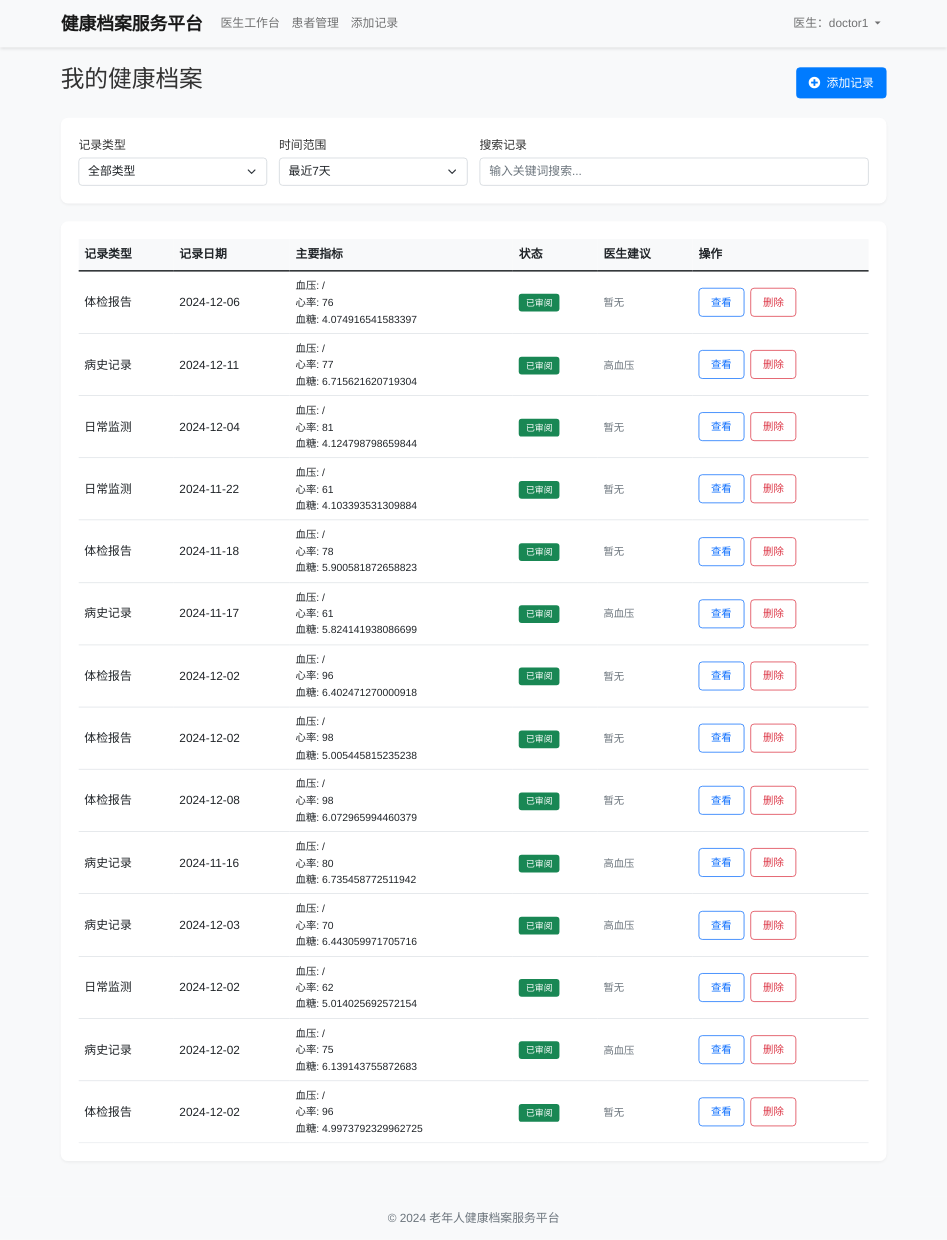
Repository: qqqq121114/Health_System
Page: http://localhost/health_records
An editor plug-in stored every save of this project. The page is shown before and after the next save, followed by the edit.
The browser window is 1280 px wide. The pictures show the whole page, at 74% of full size.
The page is served by the project's application, run on Flask 3 (app.py). The user the application loads for id 1 is signed in. The page reads the database file committed with the project.

Above is the page before, as saved 2024-12-12 21:35:45.

After the next save:
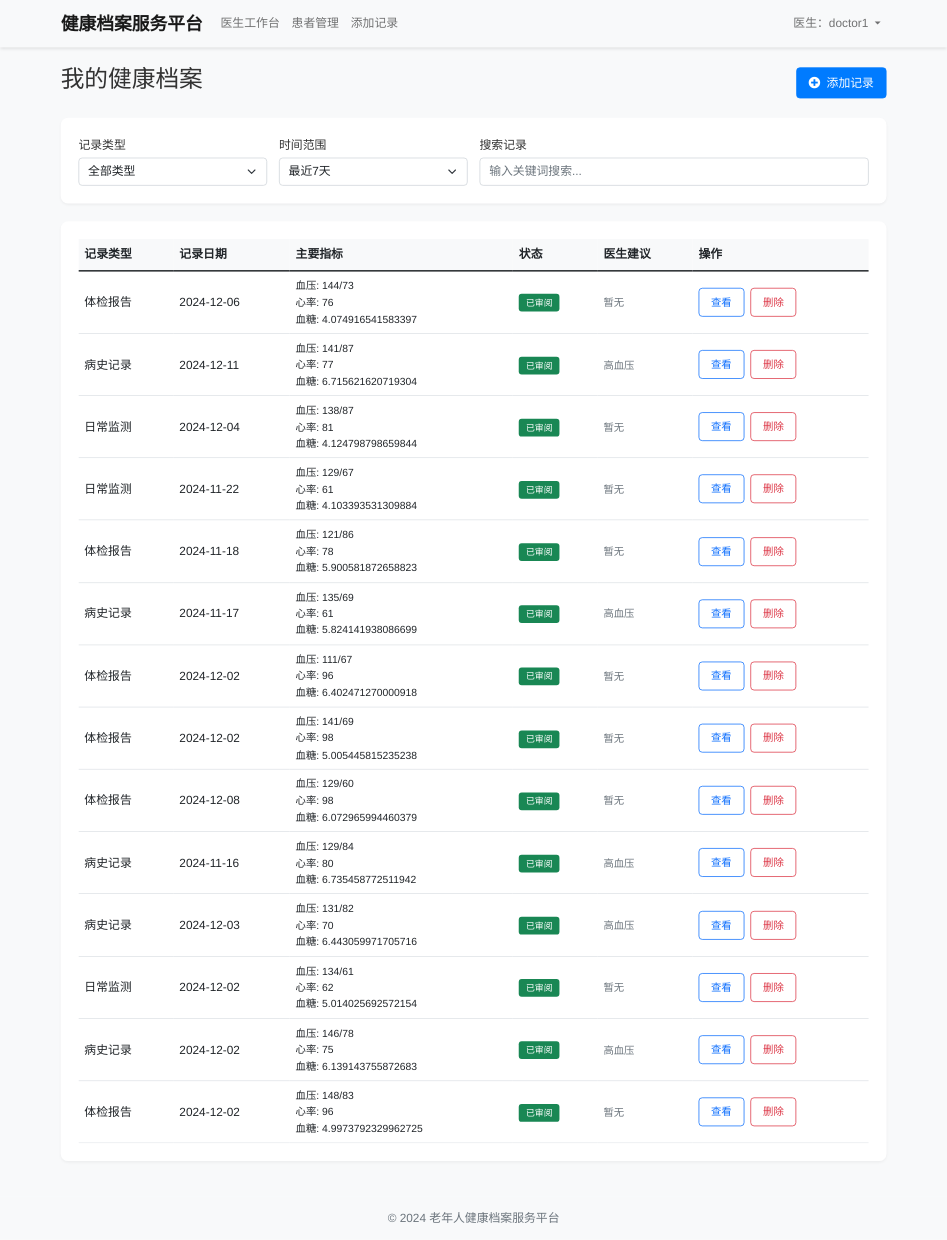
Saved 3 min 43 s later.
--- a/templates/health_records.html
+++ b/templates/health_records.html
@@ -61,7 +61,7 @@
                             <td>{{ record.record_type }}</td>
                             <td>{{ record.record_date.strftime('%Y-%m-%d') }}</td>
                             <td>
-                                <small class="d-block">血压: {{ record.blood_pressure_sys }}/{{ record.blood_pressure_dia }}</small>
+                                <small class="d-block">血压: {{ record.blood_pressure }}</small>
                                 <small class="d-block">心率: {{ record.heart_rate }}</small>
                                 {% if record.blood_sugar %}
                                 <small class="d-block">血糖: {{ record.blood_sugar }}</small>
